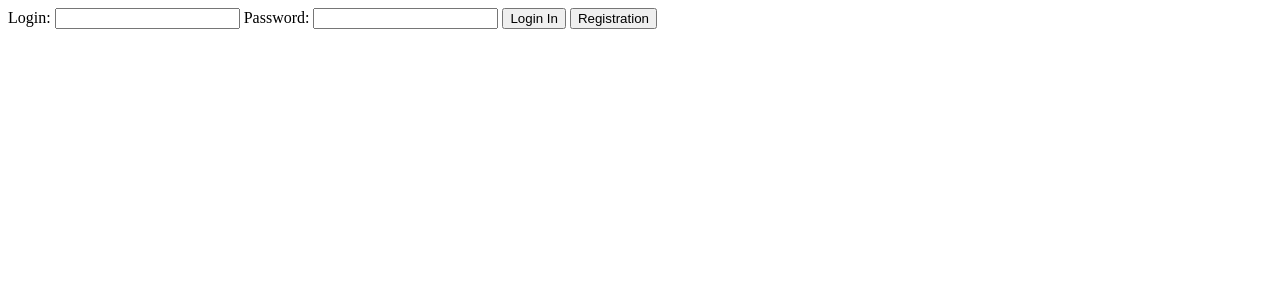
Repository: milosh-alexandr-by/ItAcademyJavaDeveloper
Page: http://localhost/HotelRequestSystem/
The author's editor kept a copy of each file at every save. The page is drawn from the files as they stood at one save, then again after the next save.
The browser window is 1280 px wide. The pictures show the whole page.
The page is served by Tomcat 9. Nobody is signed in. The application's start-up code is not run. Other server files are loaded and not shown.

Above is the page before, as saved 2015-12-08 16:15:46.

### Project003_WEB/HotelRequestSystem/WebContent/index.jsp
<%@ page language="java" contentType="text/html; charset=UTF-8"
    pageEncoding="UTF-8"%>

 <!DOCTYPE html PUBLIC "-//W3C//DTD HTML 4.01 Transitional//EN" "http://www.w3.org/TR/html4/loose.dtd">
<html>
<head>
<meta http-equiv="Content-Type" content="text/html; charset=ISO-8859-1">
<title>Insert title here</title>
</head>
<body>

	<form action="page.jsp" method="GET">
		Login: <input type="text" name="login" />
		Password: <input type="text" name="password" />
		<input type="submit" name="enter" value="Login In">
		<input type="submit" name="register" value="Registration">
	</form>

</body>
</html>

After the next save:
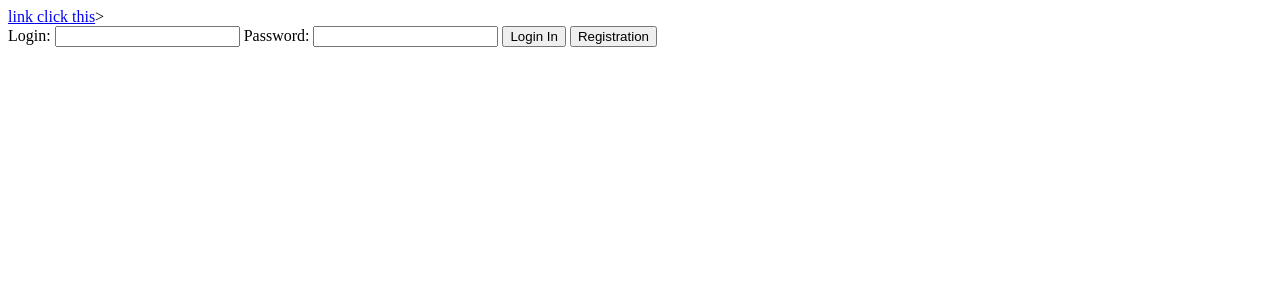
Saved 2 min 26 s later.
--- a/Project003_WEB/HotelRequestSystem/WebContent/index.jsp
+++ b/Project003_WEB/HotelRequestSystem/WebContent/index.jsp
@@ -9,6 +9,8 @@
 </head>
 <body>
 
+	<a href="myServlet">link click this</a>>
+
 	<form action="page.jsp" method="GET">
 		Login: <input type="text" name="login" />
 		Password: <input type="text" name="password" />
